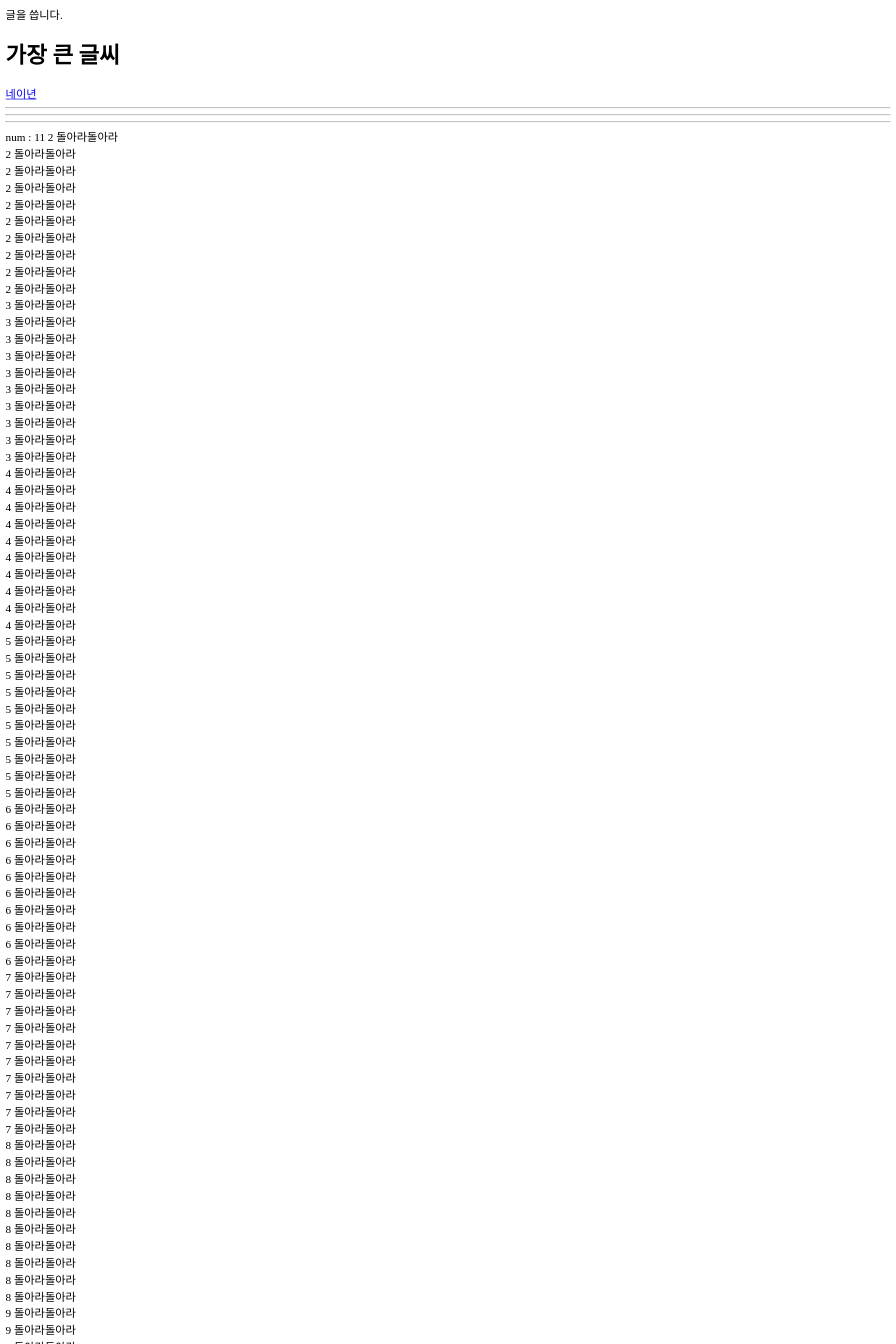
Repository: popll1/Pleiades
Page: http://localhost/jun261/
These files come from the project's save history. The page is drawn as it stood at one moment and after the next save; the edit follows.
The browser window is 1280 px wide. The pictures show the part of the page from y = 0 to 1920 px (the page is 2591 px tall), at 70% of full size.
The page is served by Tomcat 9.

Above is the page before, as saved 2023-06-26 05:31:10.

After the next save:
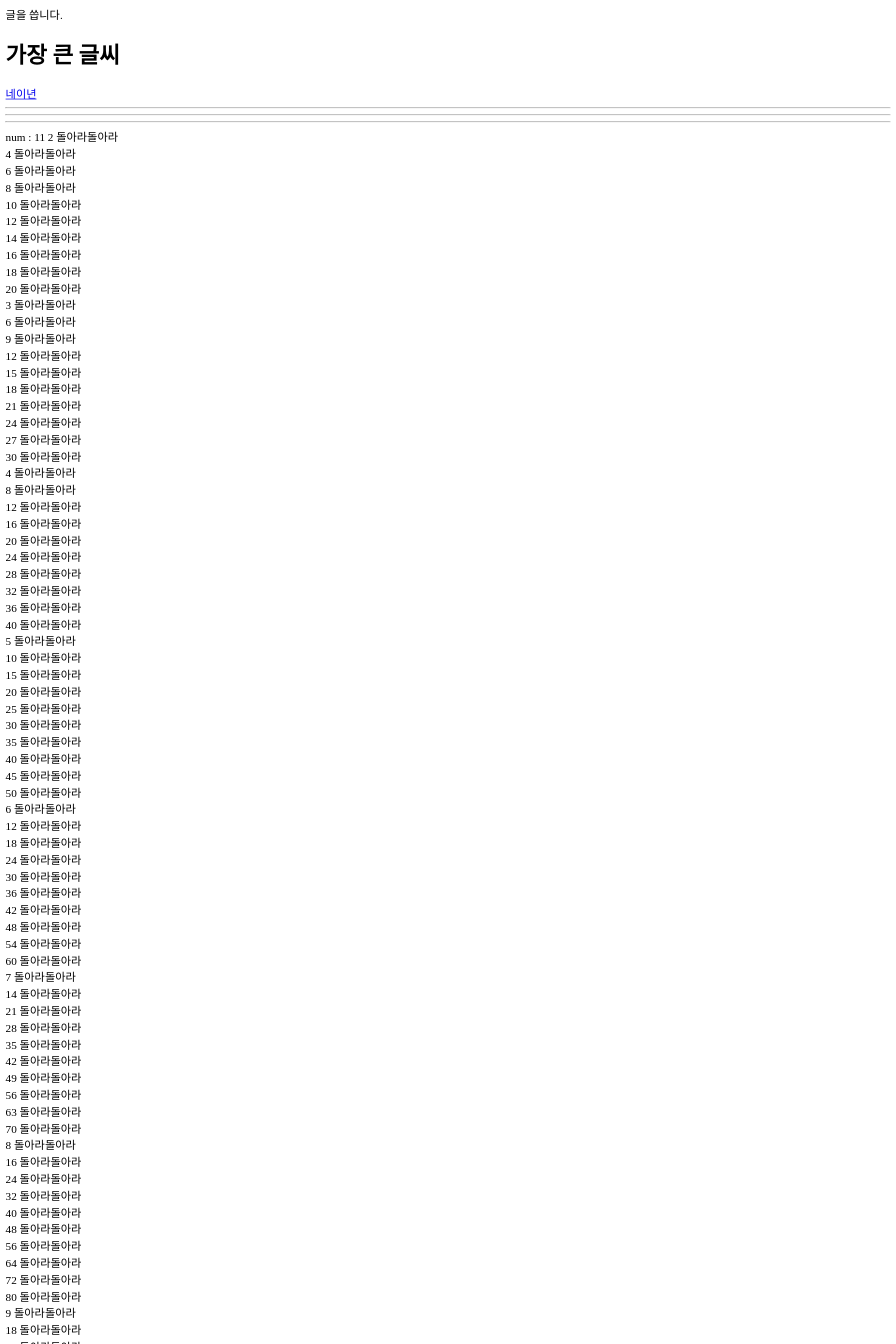
Saved 5 s later.
--- a/jun261/src/main/webapp/index.jsp
+++ b/jun261/src/main/webapp/index.jsp
@@ -23,7 +23,7 @@
 	for(int i = 2 ; i < 12; i++){
 	for(int j = 1 ; j < 11; j++){
 %>
-       <%= i %>  돌아라돌아라 <br>
+       <%= i * j %>  돌아라돌아라 <br>
 <%
 }
 	}
